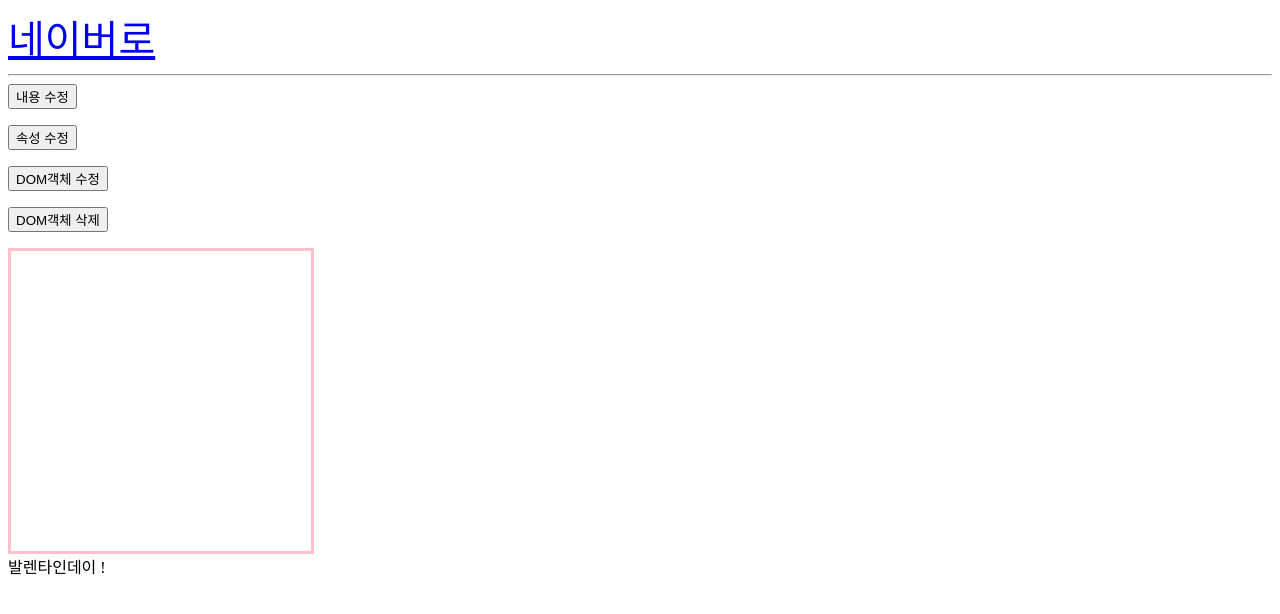
Repository: AgentHyun/FishDalle3
Page: Feb14_1_jQuery/WebContent/1_DOM.html
The author's editor kept a copy of each file at every save. The page is drawn from the files as they stood at one save, then again after the next save.
The browser window is 1280 px wide. The pictures show the whole page.
After loading, the first visible `#b3` was clicked once.

Above is the page before, as saved 2025-02-14 01:16:48.

### Feb14_1_jQuery/WebContent/1_DOM.html
<!DOCTYPE html>
<html>
<head>
<meta charset="UTF-8">
<title>Insert title here</title>
<style type = "text/css">
 .t2{font-size : 30pt;}
 #t{background-color:pink; color : lightblue;}
 div {border : pink solid 3px; width : 300px; height : 300px;}

</style>
<script type = "text/javascript" src = "jQuery.js"></script>
<script type = "text/javascript">
$(function(){

	$("#b1").click(function()
			{
		alert('asdf');
		$("a").text("유튜브로");

		//text()의 소괄호 안에 값을 넣지 않으면
		//기존의 값을 가져오게 됨

		let t = $("a").text();

			});


		//$("a").html("<b>유튜브로</b>");
//		$("a").text("<b>유튜브로</b>");
//        <b>를 텍스트로 인식!

		//.html() 사용하면 새로운 html요소로 변경할 수 있음






	$("#b2").click(function(){


          $("a").attr("href", "https://www.youtube.com");


          // 이 a태그에 css를 주고 싶은데 a태그가 많다면
          // id도 부여할  수 있음
          $("a").attr("id", "t");

          // 속성 지우기
          $("a").removeAttr("class");



	});

     $("#b3").click(function()
    {

    	 //$("css선택자") : 있는 것을 선택
    	 // $("DOM객체") :  DOM 객체 생성
    	 //marquee DOM객체 추가하기

    	 let m = $("<marquee></marquee>").text("발렌타인데이 !");

    	 // behavior : 스크롤 방식 설정
    	 //    scroll : 한쪽 방향으로만 진행 (기본값)
    	 //    alternate : 왕복
    	 m.attr("behavior", "alternate");

    	 // direction : 스크롤방향 설정
    	 //    left(기본값), right, up, down

    	 m.attr("direction", "right");

    	 //요소 추가하기
    	 //기존 요소의 내부에 추가 - append, prepend
    	 $("div").after(m);
    	 //$("div").prepend(m);


    	 //기존 요소의 외부에 추가







    }


     )










});




</script>
</head>
<body>

<a href = "https://www.naver.com" class = "t2">네이버로</a>
<hr>
<button id = "b1">내용 수정</button> <p>
<button id = "b2">속성 수정</button> <p>
<button id = "b3">DOM객체 수정</button> <p>
<button id = "b4">DOM객체 삭제</button> <p>
<div>




</div>

</body>
</html>

Loaded but not shown: Feb14_1_jQuery/WebContent/jQuery.js (library)

After the next save:
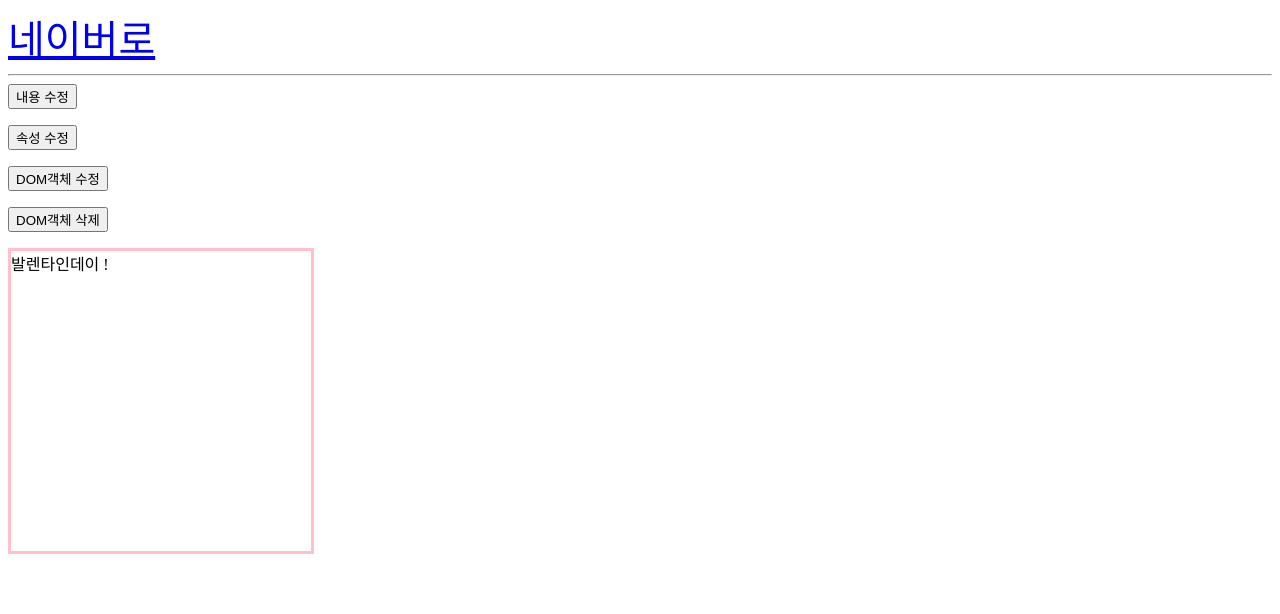
Saved 9 s later.
--- a/Feb14_1_jQuery/WebContent/1_DOM.html
+++ b/Feb14_1_jQuery/WebContent/1_DOM.html
@@ -75,7 +75,7 @@ $(function(){
 
     	 //요소 추가하기
     	 //기존 요소의 내부에 추가 - append, prepend
-    	 $("div").after(m);
+    	 $("div").append(m);
     	 //$("div").prepend(m);
 
 
